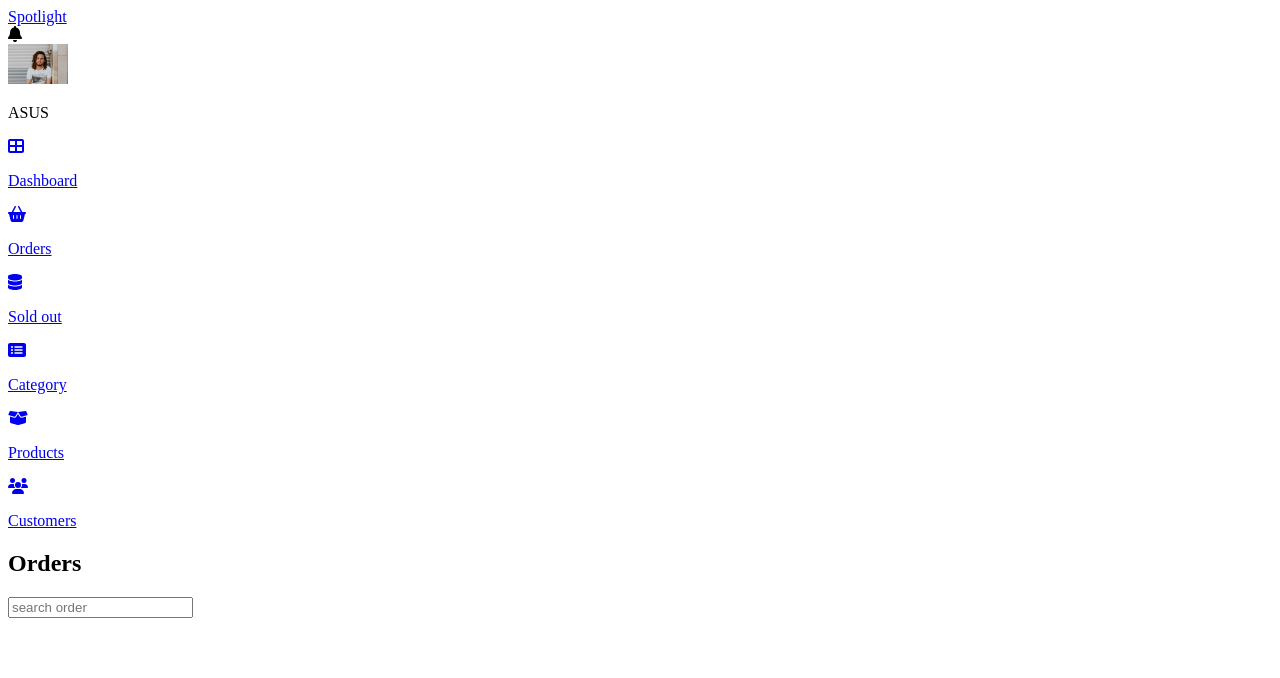
Repository: pin-seavmuy/Spotlight-POS
Page: /category
An editor plug-in stored every save of this project. The page is shown before and after the next save, followed by the edit.
The browser window is 1280 px wide. The pictures show the whole page.
Some web fonts or font styles are not loaded; a fallback is used. The project was rebuilt for these pictures with package versions that can differ from the ones it lists, and the page was loaded fresh each time. Also part of the build but not shown: vue.config.js, src/components/Orders.vue, src/components/Products.vue, src/components/Customers.vue.

Above is the page before, as saved 2024-06-26 17:18:49.

### src/main.js
// src/main.js
import { createApp } from 'vue'; // Use createApp instead of importing Vue
import App from './App.vue';
import router from './router/router.js'; // Adjust the path as necessary

const app = createApp(App);
app.use(router);

app.mount('#app');

### src/App.vue

<template>
  <div id="app">
    <router-view />
    <!-- <Dashboard/> -->
  </div>
</template>

<script>
export default {
  name: 'App',
};
</script>

<style scoped>
/* Scoped styles specific to App.vue */
</style>

### src/router/router.js
// src/router.js
import { createRouter, createWebHistory } from 'vue-router'; // Import from vue-router
import AdminDashboard from '../components/AdminDashboard.vue';
import OrdersPage from '../components/Orders.vue';
import SoldOut from '../components/Soldout.vue';
import CategoryPage from '../components/Category.vue';
import ProductPage from '../components/Products.vue';
import CustomersPage from '../components/Customers.vue';

const routes = [
  { path: '/', component: AdminDashboard },
  { path: '/orders', component: OrdersPage },
  { path: '/sold', component: SoldOut },
  { path: '/category', component: CategoryPage },
  { path: '/products', component: ProductPage },
  { path: '/customers', component: CustomersPage },
];

const router = createRouter({
  history: createWebHistory(),
  routes,
});

export default router;

### src/components/AdminDashboard.vue
<template>
  <div>
    <header class="header">
      <div class="logo">
        <router-link to="/">Spotlight</router-link>
      </div>
      <div class="header-icons">
        <font-awesome-icon :icon="icons.bell" class="icon" />
        <div class="account">
          <img src="../assets/img/people.png" alt="" />
          <p>ASUS</p>
        </div>
      </div>
    </header>
    <div class="container">
      <div class="side-bar">

        <router-link to="/" class="wrapper" active-class="active">
          <font-awesome-icon :icon="icons.thLarge" class="icons" />
          <p>Dashboard</p>
        </router-link>

        <router-link to="/orders" class="wrapper" active-class="active">
          <font-awesome-icon :icon="icons.shoppingBasket" class="icons" />
          <p>Orders</p>
        </router-link>

        <router-link to="/sold" class="wrapper" active-class="active">
          <font-awesome-icon :icon="icons.database" class="icons" />
          <p>Sold out</p>
        </router-link>

        <router-link to="/category" class="wrapper" active-class="active">
          <font-awesome-icon :icon="icons.category" class="icons" />
          <p>Category</p>
        </router-link>

        <router-link to="/products" class="wrapper" active-class="active">
          <font-awesome-icon :icon="icons.product" class="icons" />
          <p>Products</p>
        </router-link>

        <router-link to="/customers" class="wrapper" active-class="active">
          <font-awesome-icon :icon="icons.users" class="icons" />
          <p>Customers</p>
        </router-link>

      </div>

      <div class="dashboard">
          <div class="wrapper1">
            <h2>Admin Dashboard</h2>
          </div>
          <div class="wrapper1">
            <div class="box">
              <div class="wrapperBox">
                <img src="../assets/img/products.png" />
                <p>Total Product</p>
              </div>
              <div class="qty">12000</div>
            </div>
            <div class="box">
              <div class="wrapperBox">
                <img src="../assets/img/list.png" />
                <p>Categories</p>
              </div>
              <div class="qty">43</div>
            </div>
            <div class="box">
              <div class="wrapperBox">
                <img src="../assets/img/mobile-banking.png" />
                <p>Transactions</p>
              </div>
              <div class="qty">669</div>
            </div>
          </div>
          <div class="wrapper1">
            <div class="box">
              <div class="wrapperBox">
                <img src="../assets/img/shopping-cart.png" />
                <p>Order Today</p>
              </div>
              <div class="qty">15</div>
            </div>
          </div>
        </div>



    </div>


  </div>
</template>

<script>
  import { FontAwesomeIcon } from '@fortawesome/vue-fontawesome';
  import { faBell, faShoppingBasket, faThLarge, faDatabase, faListAlt, faCreditCard, faBoxOpen, faUsers } from '@fortawesome/free-solid-svg-icons';

  export default {
  name: "AdminDashboard",
  components: {
      FontAwesomeIcon,
  },
  data() {
      return {
      icons: {
          bell: faBell,
          shoppingBasket: faShoppingBasket,
          thLarge: faThLarge,
          database: faDatabase,
          category: faListAlt,
          transaction: faCreditCard,
          product: faBoxOpen,
          users: faUsers,
          // Add more icons as needed
      },
      };
  },
  };

</script>

<style scoped>
@import '../assets/css/style.css';
</style>

### src/components/Soldout.vue
<template>
  <div>
    <header class="header">
      <div class="logo">
        <router-link to="/">Spotlight</router-link>
      </div>
      <div class="header-icons">
        <font-awesome-icon :icon="icons.bell" class="icon" />
        <div class="account">
          <img src="../assets/img/people.png" alt="" />
          <p>ASUS</p>
        </div>
      </div>
    </header>
    <div class="container">
      <div class="side-bar">

        <router-link to="/" class="wrapper" active-class="active">
          <font-awesome-icon :icon="icons.thLarge" class="icons" />
          <p>Dashboard</p>
        </router-link>

        <router-link to="/orders" class="wrapper" active-class="active">
          <font-awesome-icon :icon="icons.shoppingBasket" class="icons" />
          <p>Orders</p>
        </router-link>

        <router-link to="/sold" class="wrapper" active-class="active">
          <font-awesome-icon :icon="icons.database" class="icons" />
          <p>Sold out</p>
        </router-link>

        <router-link to="/category" class="wrapper" active-class="active">
          <font-awesome-icon :icon="icons.category" class="icons" />
          <p>Category</p>
        </router-link>

        <router-link to="/products" class="wrapper" active-class="active">
          <font-awesome-icon :icon="icons.product" class="icons" />
          <p>Products</p>
        </router-link>

        <router-link to="/customers" class="wrapper" active-class="active">
          <font-awesome-icon :icon="icons.users" class="icons" />
          <p>Customers</p>
        </router-link>

      </div>
      <div class="dashboard">
        <div class="wrapper1">
          <h2>Orders</h2>
          <div class="searchBox">
            <font-awesome-icon :icon="icons.search" class="icons" />
            <input type="text" placeholder="search ...">
          </div>
        </div>
        <div class="table">
          <table>
            <thead>
              <tr>
                <th>No</th>
                <th>Customer</th>
                <th>Product</th>
                <th>Total</th>
                <th>Order Date</th>
                <th>Action</th>
              </tr>
            </thead>
            <tbody>
              <tr v-for="(order, index) in orders" :key="order.id">
                <td>{{ index + 1 }}</td>
                <td>{{ order.customer }}</td>
                <td>{{ order.product }}</td>
                <td>{{ order.total }}</td>
                <td>{{ order.orderDate }}</td>
                <td class="action">
                  <font-awesome-icon :icon="icons.edit" class="icon action-icon" @click="editOrder(order.id)" />
                  <font-awesome-icon :icon="icons.trash" class="icon action-icon" @click="deleteOrder(order.id)" />
                </td>
              </tr>
            </tbody>
          </table>
        </div>
      </div>
    </div>
  </div>
</template>

<script>
  import { FontAwesomeIcon } from '@fortawesome/vue-fontawesome';
  import { faBell, faShoppingBasket, faThLarge, faDatabase, faListAlt, faCreditCard, faBoxOpen, faUsers, faSearch, faEdit, faTrash } from '@fortawesome/free-solid-svg-icons';

  export default {
    name: "OrdersPage",
    components: {
      FontAwesomeIcon,
    },
    data() {
      return {
        icons: {
          bell: faBell,
          shoppingBasket: faShoppingBasket,
          thLarge: faThLarge,
          database: faDatabase,
          category: faListAlt,
          transaction: faCreditCard,
          product: faBoxOpen,
          users: faUsers,
          search: faSearch,
          edit: faEdit,
          trash: faTrash,
        },
        orders: [
          { id: 1, customer: 'John Doe', product: 'Cigarella Skill Shirt', total: '$50.00', orderDate: '26/06/24' },
          { id: 2, customer: 'Jane Smith', product: 'Wool Tweed A-Line', total: '$15.00', orderDate: '26/06/24' },
          { id: 3, customer: 'Michael Brown', product: 'Cheyenne Floral Dress', total: '$35.00', orderDate: '26/06/24'},
        ],
      };
    },
    methods: {
      editOrder(id) {
        // Implement edit order functionality
        console.log('Edit order', id);
      },
      deleteOrder(id) {
        // Implement delete order functionality
        console.log('Delete order', id);
      },
    },
  };
</script>

<style scoped>
  @import '../assets/css/style.css';

  .action-icon {
    cursor: pointer;
    margin-right: 10px;
  }
  .action {
    display: flex;
    justify-content: center;
    gap: 50px;
    padding: 15px ;
    border-width: 0.1;
  }
</style>

### src/components/Category.vue
<template>
    <div>
      <header class="header">
        <div class="logo">
          <router-link to="/">Spotlight</router-link>
        </div>
        <div class="header-icons">
          <font-awesome-icon :icon="icons.bell" class="icon" />
          <div class="account">
            <img src="../assets/img/people.png" alt="" />
            <p>ASUS</p>
          </div>
        </div>
      </header>
      <div class="container">
        <div class="side-bar">

            <router-link to="/" class="wrapper" active-class="active">
            <font-awesome-icon :icon="icons.thLarge" class="icons" />
            <p>Dashboard</p>
          </router-link>

          <router-link to="/orders" class="wrapper" active-class="active">
            <font-awesome-icon :icon="icons.shoppingBasket" class="icons" />
            <p>Orders</p>
          </router-link>

          <router-link to="/sold" class="wrapper" active-class="active">
            <font-awesome-icon :icon="icons.database" class="icons" />
            <p>Sold out</p>
          </router-link>

          <router-link to="/category" class="wrapper" active-class="active">
            <font-awesome-icon :icon="icons.category" class="icons" />
            <p>Category</p>
          </router-link>

          <router-link to="/products" class="wrapper" active-class="active">
            <font-awesome-icon :icon="icons.product" class="icons" />
            <p>Products</p>
          </router-link>

          <router-link to="/customers" class="wrapper" active-class="active">
            <font-awesome-icon :icon="icons.users" class="icons" />
            <p>Customers</p>
          </router-link>

        </div>
        <div class="dashboard">
          <div class="wrapper1">
            <h2>Orders</h2>
            <div class="searchBox">
              <font-awesome-icon :icon="icons.search" class="icons" />
              <input type="text" placeholder="search order">
            </div>
          </div>

        </div>

      </div>
    </div>
  </template>

  <script>
    import { FontAwesomeIcon } from '@fortawesome/vue-fontawesome';
    import { faBell, faShoppingBasket, faThLarge, faDatabase, faListAlt, faCreditCard, faBoxOpen, faUsers, faPlus } from '@fortawesome/free-solid-svg-icons';

    export default {
    name: "CategoryPage",
    components: {
        FontAwesomeIcon,
    },
    data() {
        return {
        icons: {
            bell: faBell,
            shoppingBasket: faShoppingBasket,
            thLarge: faThLarge,
            database: faDatabase,
            category: faListAlt,
            transaction: faCreditCard,
            product: faBoxOpen,
            users: faUsers,
            plus: faPlus
            // Add more icons as needed
        },
        };
    },
    };

  </script>

  <style scoped>
  @import '../assets/css/category.css';
  </style>

### src/assets/css/style.css
@import url("https://fonts.googleapis.com/css2?family=Poppins:wght@400;500;600;700&display=swap");
@import url("https://fonts.cdnfonts.com/css/mogra");
@import url("https://fonts.googleapis.com/css?family=Playfair+Display:400,700");

* {
  margin: 0;
  padding: 0;
  box-sizing: border-box;
  font-family: "Poppins", sans-serif;
}

body {
  background: rgb(255, 255, 255);
}

.header {
  display: flex;
  align-items: center;
  justify-content: space-between;
  height: 70px;
  padding: 20px 40px 20px 20px;
  background: #97b093;
}

.logo a {
  color: #fff;
  font-size: 28px;
  font-weight: 400;
  margin: 2rem 8rem 2rem 2rem;
  font-family: "Mogra", sans-serif;
  text-decoration: none;
}

.header-icons {
  display: flex;
  align-items: center;
}

.header-icons .icon {
  margin-right: 1rem;
  cursor: pointer;
  color: #fff;
  font-size: 20px;
  background-color: #97b093;
  padding: 8px;
  border-radius: 50%;
  box-shadow: 0 4px 8px rgba(0, 0, 0, 0.2);
}

.header-icons .account {
  width: 120px;
  display: flex;
  align-items: center;
  justify-content: space-between;
}

.header-icons .account img {
  width: 40px;
  height: 40px;
  cursor: pointer;
  border-radius: 50%;
  margin-left: 10px;
  border: 1px solid gray;
}

.container {
  width: 100%;
  height: 650px;
  display: flex;
  justify-content: space-between;
}

.container .side-bar {
  width: 260px;
  height: 100%;
  padding: 30px 10px 10px 10px;
  border-right: 2px solid gray;
}

.wrapper {
  display: flex;
  align-items: center;
  background-color: #ffffff;
  padding: 8px 15px;
  gap: 20px;
  color: black;
  font-family: "Playfair Display", serif;
  border-radius: 5px;
  margin-bottom: 20px;
  cursor: pointer;
}

.wrapper .icons {
  color: gray;
}

.wrapper:hover {
  background-color: #ecf1eb;
}

.wrapper.active {
  background-color: #c1d2be;
  border: 1px solid gray;
}

.container .dashboard {
  width: 100%;
  height: 550px;
  /* background-color: pink; */
  padding: 30px 40px 0px 40px;
  display: flex;
  flex-direction: column;
}

.wrapper1 {
  padding: 2px;
  display: flex;
  justify-content: space-between;
  gap: 20px;
  /* background-color: rgb(0, 255, 76); */
  /* margin-top: -20px; */
  margin-bottom: 30px;
}

.wrapper1 .box {
  width: 360px;
  height: 160px;
  background-color: #f5eded;
  box-shadow: 0 4px 8px rgba(0, 0, 0, 0.2);
  border-radius: 3px;
  display: flex;
  padding: 20px 30px;
  align-items: center;
  gap: 40px;
}

.box:hover {
  background-color: #f7efef;
}

.box .wrapperBox {
  display: flex;
  flex-direction: column;
  align-items: center;
  justify-content: center;
  gap: 8px;
  /* background-color: red; */
}

.box .wrapperBox img {
  width: 70px;
  height: 70px;
}

.box .qty {
  border-left: 3px solid rgb(178, 183, 179);
  padding: 10px 0 10px 30px;
  font-size: xx-large;
}

### src/assets/css/category.css
.add {
    width: 100px;
    height: 40px;
    background-color: #97b093;
    color: #fff;
    display: flex;
    justify-content: center;
    gap: 20px;
    align-items: center;
    margin-top: 3px;
    border-radius: 5px;

}

Loaded but not shown: public/index.html (common file)

After the next save:
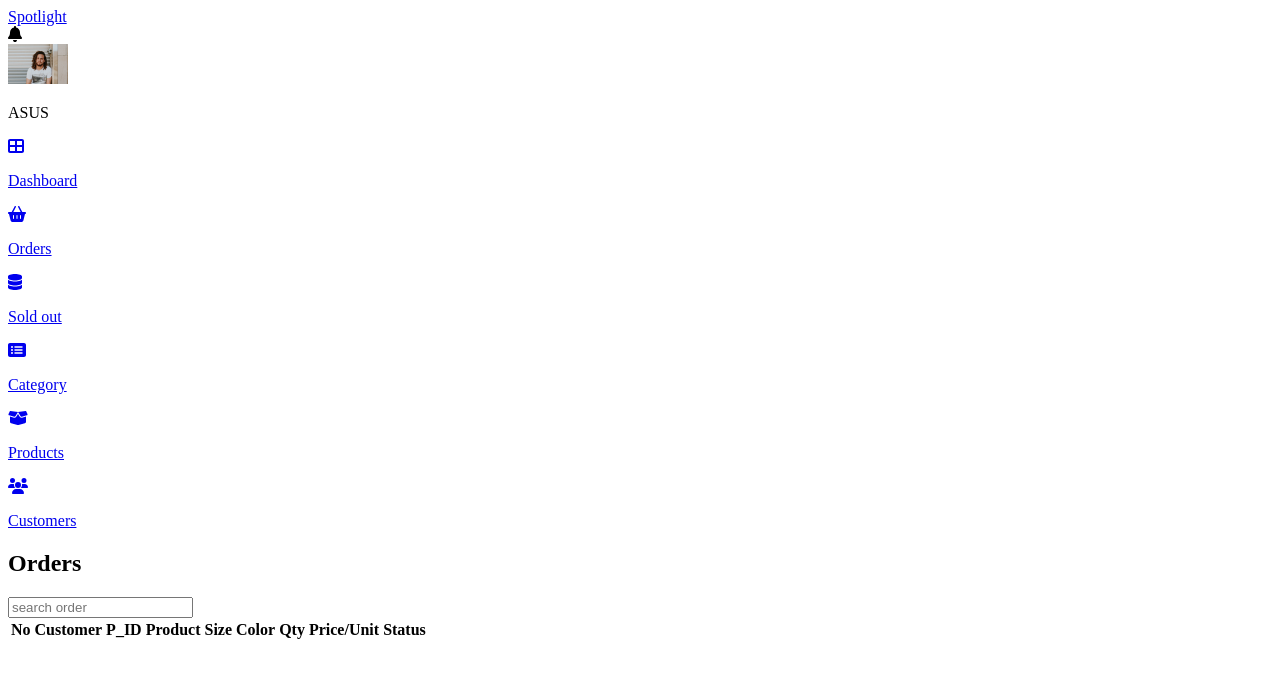
Saved 107 s later.
--- a/src/components/Category.vue
+++ b/src/components/Category.vue
@@ -47,15 +47,49 @@
 
         </div>
         <div class="dashboard">
-          <div class="wrapper1">
-            <h2>Orders</h2>
-            <div class="searchBox">
-              <font-awesome-icon :icon="icons.search" class="icons" />
-              <input type="text" placeholder="search order">
-            </div>
+        <div class="wrapper1">
+          <h2>Orders</h2>
+          <div class="searchBox">
+            <font-awesome-icon :icon="icons.search" class="icons" />
+            <input type="text" placeholder="search order">
           </div>
-
         </div>
+        <div class="table">
+        <table>
+          <thead>
+            <tr>
+              <th>No</th>
+              <th>Customer</th>
+              <th>P_ID</th>
+              <th>Product</th>
+              <th>Size</th>
+              <th>Color</th>
+              <th>Qty</th>
+              <th>Price/Unit</th>
+              <th>Status</th>
+            </tr>
+          </thead>
+          <tbody>
+            <tr v-for="(order, index) in orders" :key="order.id">
+              <td>{{ index + 1 }}</td>
+              <td>{{ order.customer }}</td>
+              <td>{{ order.productId }}</td>
+              <td>{{ order.product }}</td>
+              <td>{{ order.size }}</td>
+              <td>{{ order.color }}</td>
+              <td>{{ order.qty }}</td>
+              <td>{{ order.price }}</td>
+              <td>
+                <select v-model="order.status">
+                  <option value="Pending">Pending</option>
+                  <option value="Shipped">Shipped</option>
+                </select>
+              </td>
+            </tr>
+          </tbody>
+        </table>
+      </div>
+      </div>
 
       </div>
     </div>

After the save that followed:
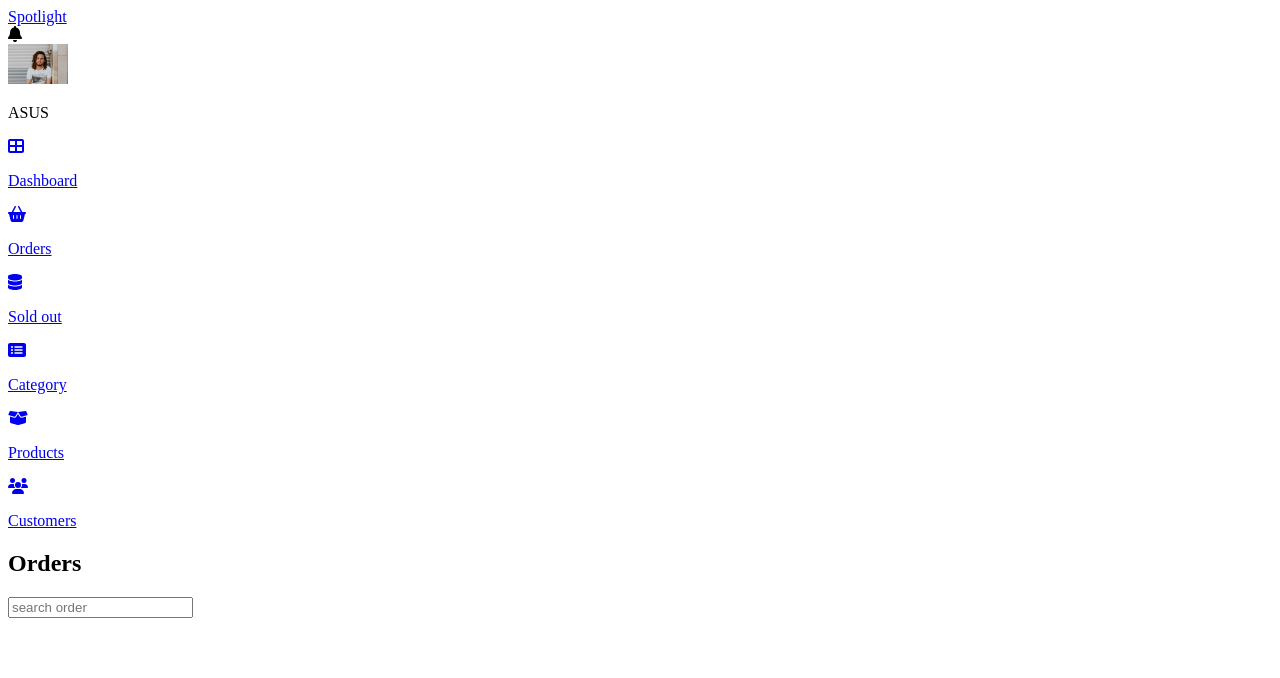
Saved 7 s later.
--- a/src/components/Category.vue
+++ b/src/components/Category.vue
@@ -54,41 +54,7 @@
             <input type="text" placeholder="search order">
           </div>
         </div>
-        <div class="table">
-        <table>
-          <thead>
-            <tr>
-              <th>No</th>
-              <th>Customer</th>
-              <th>P_ID</th>
-              <th>Product</th>
-              <th>Size</th>
-              <th>Color</th>
-              <th>Qty</th>
-              <th>Price/Unit</th>
-              <th>Status</th>
-            </tr>
-          </thead>
-          <tbody>
-            <tr v-for="(order, index) in orders" :key="order.id">
-              <td>{{ index + 1 }}</td>
-              <td>{{ order.customer }}</td>
-              <td>{{ order.productId }}</td>
-              <td>{{ order.product }}</td>
-              <td>{{ order.size }}</td>
-              <td>{{ order.color }}</td>
-              <td>{{ order.qty }}</td>
-              <td>{{ order.price }}</td>
-              <td>
-                <select v-model="order.status">
-                  <option value="Pending">Pending</option>
-                  <option value="Shipped">Shipped</option>
-                </select>
-              </td>
-            </tr>
-          </tbody>
-        </table>
-      </div>
+
       </div>
 
       </div>
